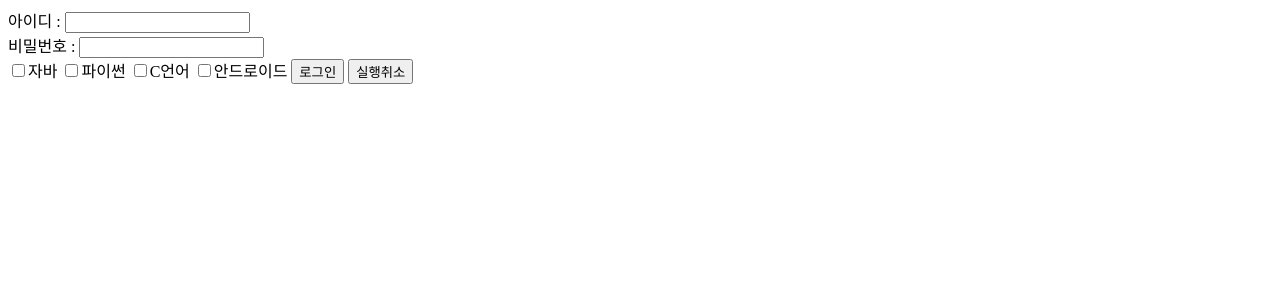
Repository: ineble/demo1
Page: pro05/src/main/webapp/login2.html
The author's editor kept a copy of each file at every save. The page is drawn from the files as they stood at one save, then again after the next save.
The browser window is 1280 px wide. The pictures show the whole page.

Above is the page before, as saved 2022-08-03 15:37:58.

### pro05/src/main/webapp/login2.html
<!DOCTYPE html>
<html>
<head>
<meta charset="utf-8">
<title>Insert title here</title>
</head>
<body>
	<form action="input" method="get" name="frmLogin" >
		아이디 : <input type="text" name="user_id" > <br>
		비밀번호 : <input type="password" name="user_pw"> <br>
		<input type="checkbox" name="subject" value="자바">자바
		<input type="checkbox" name="subject" value="파이썬">파이썬
		<input type="checkbox" name="subject" value="C언어">C언어
		<input type="checkbox" name="subject" value="안드로이드">안드로이드
		<input type="submit" value="로그인"> <input type="reset" value="실행취소">
	</form>
</body>
</html>

After the next save:
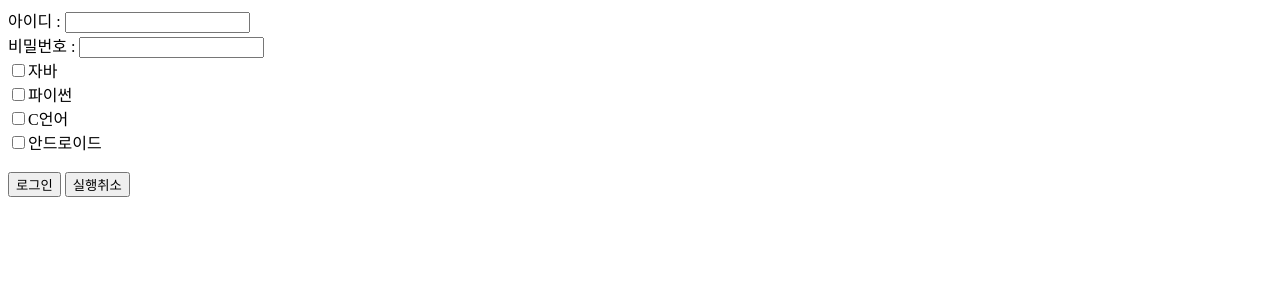
Saved 20 s later.
--- a/pro05/src/main/webapp/login2.html
+++ b/pro05/src/main/webapp/login2.html
@@ -8,10 +8,10 @@
 	<form action="input" method="get" name="frmLogin" >
 		아이디 : <input type="text" name="user_id" > <br>
 		비밀번호 : <input type="password" name="user_pw"> <br>
-		<input type="checkbox" name="subject" value="자바">자바
-		<input type="checkbox" name="subject" value="파이썬">파이썬
-		<input type="checkbox" name="subject" value="C언어">C언어
-		<input type="checkbox" name="subject" value="안드로이드">안드로이드
+		<input type="checkbox" name="subject" value="자바">자바 <br>
+		<input type="checkbox" name="subject" value="파이썬">파이썬 <br>
+		<input type="checkbox" name="subject" value="C언어">C언어 <br>
+		<input type="checkbox" name="subject" value="안드로이드">안드로이드 <br><br>
 		<input type="submit" value="로그인"> <input type="reset" value="실행취소">
 	</form>
 </body>
